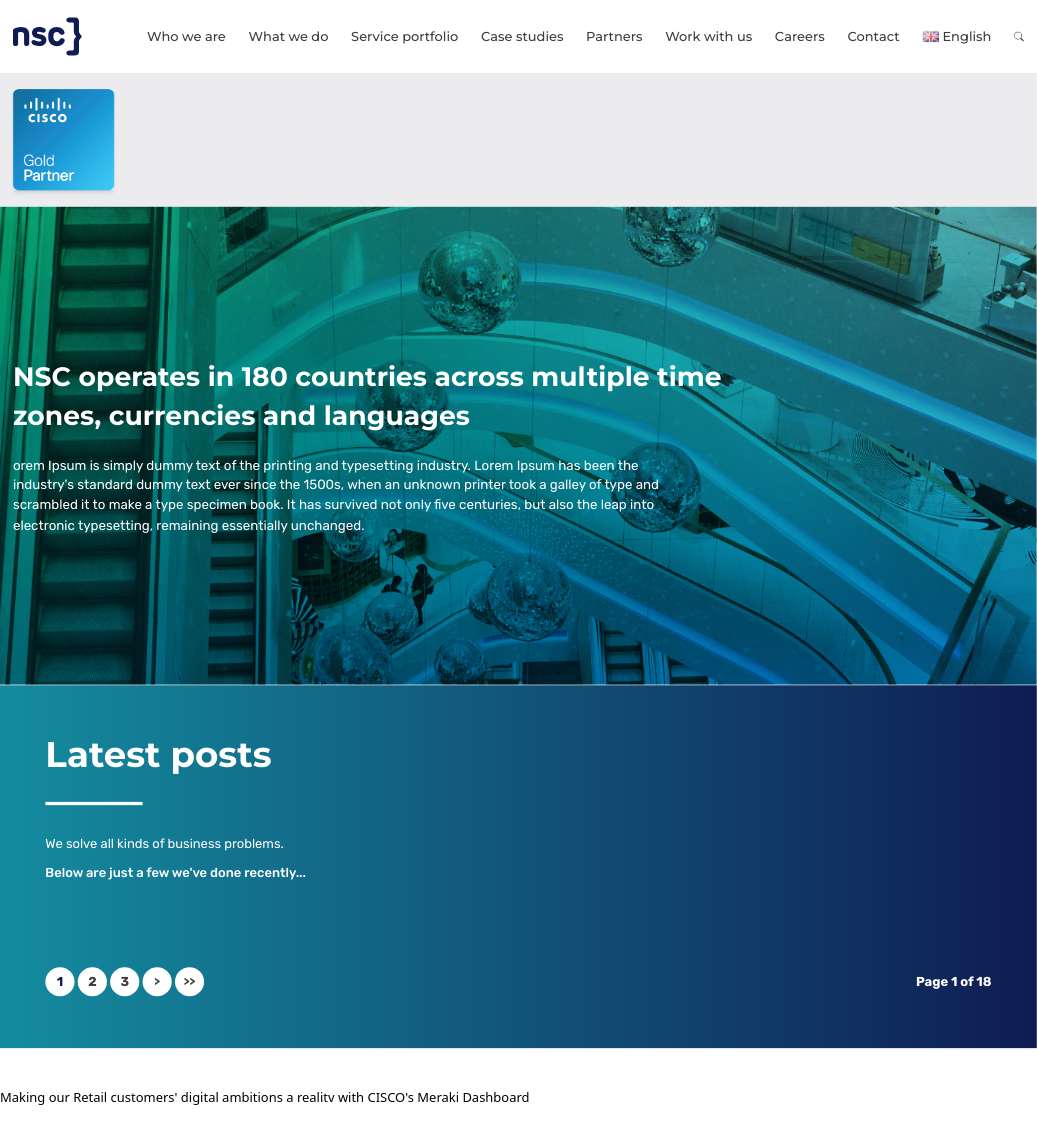
Repository: spaceship9999/ReactIsBack
Page: /
An editor plug-in stored every save of this project. The page is shown before and after the next save, followed by the edit.
The browser window is 1280 px wide. The pictures show the whole page, at 81% of full size.
The page's requests for data from a server got no answer. The project was rebuilt for these pictures with package versions that can differ from the ones it lists, and the page was loaded fresh each time. The framework's server and built-in components were replaced by stand-ins that run in the browser. No one was signed in, and anything a server would have sent is missing. Also part of the build but not shown: next.config.js.

Above is the page before, as saved 2023-03-26 15:44:18.

After the next save:
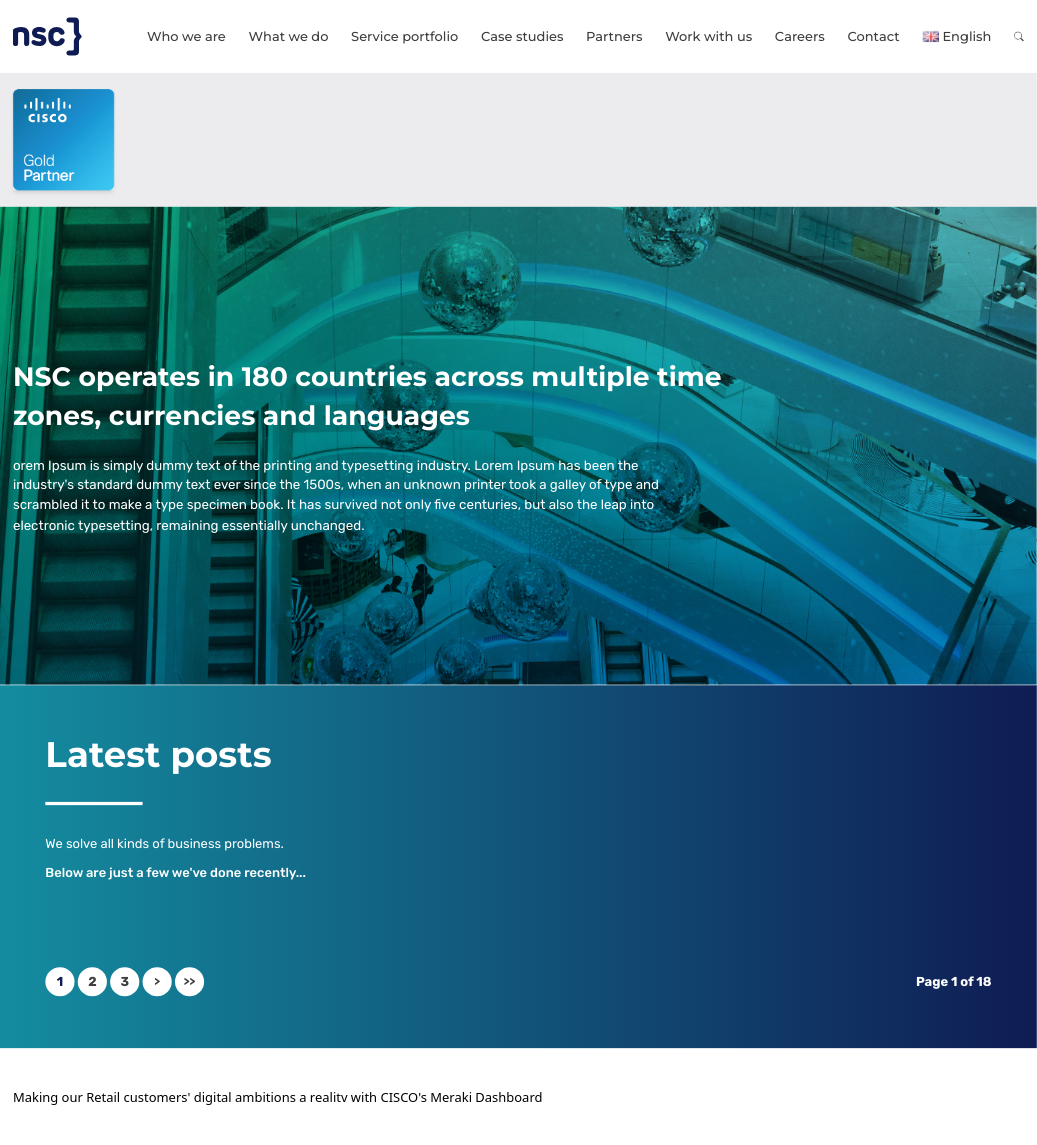
Saved 5 h 33 min later.
--- a/src/app/SingleColumnTextMedia.tsx
+++ b/src/app/SingleColumnTextMedia.tsx
@@ -11,8 +11,11 @@
 
 export default function SingleColumnTextMedia({ heading, content, link }: TextMedia) {
     return (
-        <div className="py-12">
-            <h3>{ heading }</h3>
+        <div className="container">
+            <div className="py-12">
+                <h3>{ heading }</h3>
+            </div>
         </div>
+
     )
 }
